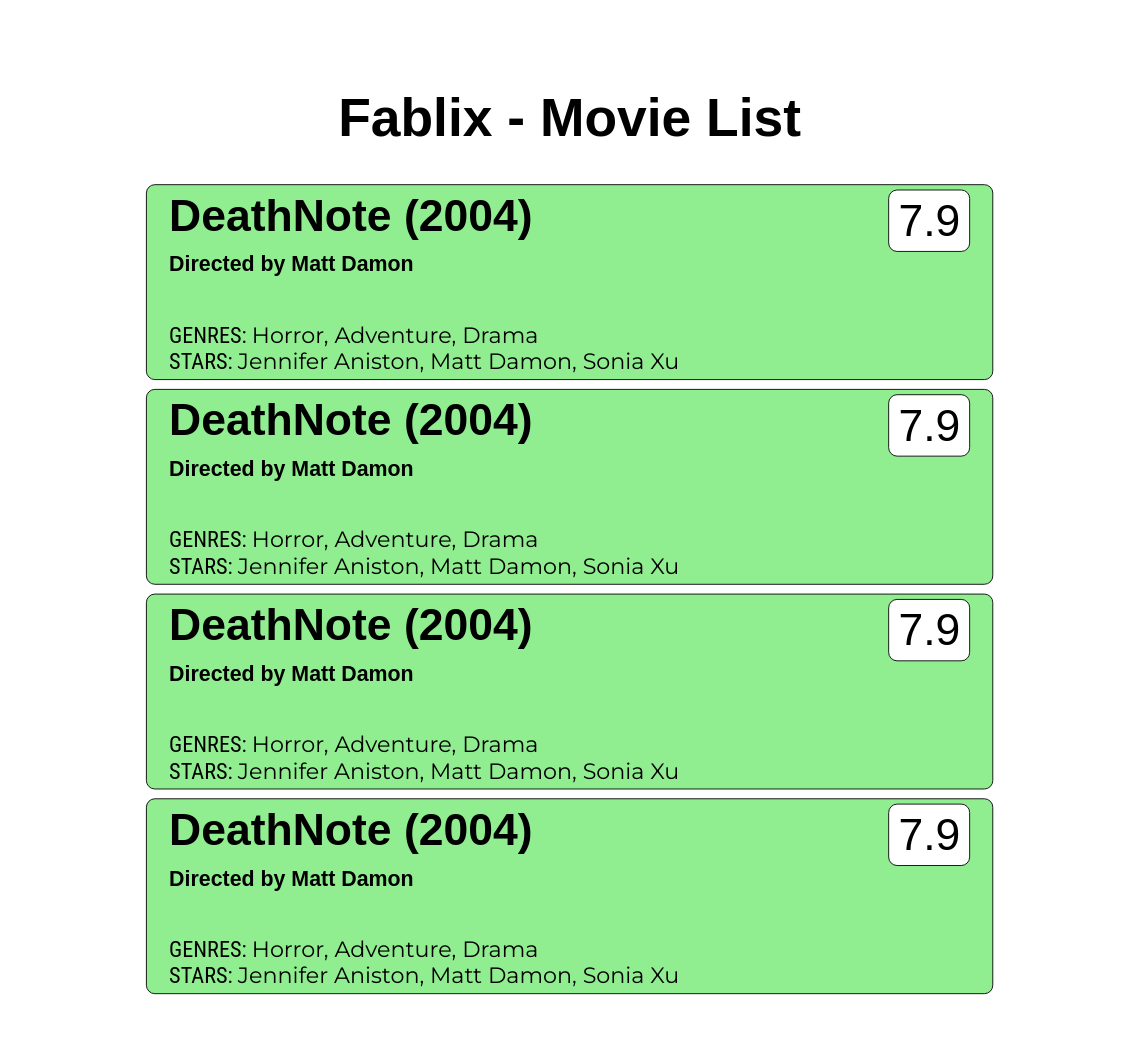
Repository: csumphan/fablix
Page: Project1/WebContent/index.html
An editor plug-in stored every save of this project. The page is shown before and after the next save, followed by the edit.
The browser window is 1280 px wide. The pictures show the whole page, at 89% of full size.
Some web fonts or font styles are not loaded; a fallback is used.

Above is the page before, as saved 2018-01-23 00:37:49.

### Project1/WebContent/index.html
<!DOCTYPE html>
<html>
<head>
<meta charset="UTF-8">
<title>Insert title here</title>
<link href="https://fonts.googleapis.com/css?family=Libre+Franklin|Montserrat|Play|Roboto+Condensed" rel="stylesheet">
<link type="text/css" href="styles.css" rel="stylesheet"/>
</head>
<body>
	<h1>Fablix - Movie List</h1>
	<div id="movie-list-container">
		<div class="movie-item">
			<div class="header-container">
				<h1>DeathNote <span>(2004)</span></h1>
				<div class="rating">7.9</div>
			</div>
			<div class="sub-header-container">
				<h2>Directed by Matt Damon</h2>
			</div>
			<div class="info-container">
				<div class="genres-container">
					GENRES:
					<span class="info-list">Horror, Adventure, Drama</span>
				</div>
				<div class="stars-container">
					STARS: <span class="info-list">Jennifer Aniston, Matt Damon, Sonia Xu</span>
				</div>
			</div>
		</div>
		<div class="movie-item">
			<div class="header-container">
				<h1>DeathNote <span>(2004)</span></h1>
				<div class="rating">7.9</div>
			</div>
			<div class="sub-header-container">
				<h2>Directed by Matt Damon</h2>
			</div>
			<div class="info-container">
				<div class="genres-container">
					GENRES:
					<span class="info-list">Horror, Adventure, Drama</span>
				</div>
				<div class="stars-container">
					STARS: <span class="info-list">Jennifer Aniston, Matt Damon, Sonia Xu</span>
				</div>
			</div>
		</div>
		<div class="movie-item">
			<div class="header-container">
				<h1>DeathNote <span>(2004)</span></h1>
				<div class="rating">7.9</div>
			</div>
			<div class="sub-header-container">
				<h2>Directed by Matt Damon</h2>
			</div>
			<div class="info-container">
				<div class="genres-container">
					GENRES:
					<span class="info-list">Horror, Adventure, Drama</span>
				</div>
				<div class="stars-container">
					STARS: <span class="info-list">Jennifer Aniston, Matt Damon, Sonia Xu</span>
				</div>
			</div>
		</div>
		<div class="movie-item">
			<div class="header-container">
				<h1>DeathNote <span>(2004)</span></h1>
				<div class="rating">7.9</div>
			</div>
			<div class="sub-header-container">
				<h2>Directed by Matt Damon</h2>
			</div>
			<div class="info-container">
				<div class="genres-container">
					GENRES:
					<span class="info-list">Horror, Adventure, Drama</span>
				</div>
				<div class="stars-container">
					STARS: <span class="info-list">Jennifer Aniston, Matt Damon, Sonia Xu</span>
				</div>
			</div>
		</div>
	</div>
</body>
</html>

### Project1/WebContent/styles.css
body {
	padding: 50px;
	display: flex;
	justify-content: center;
	align-items: center;
	flex-direction: column;
	background-color: white;
}

body > h1 {
	font-size: 60px;
	font-family: 'Libre Franklin', sans-serif;
}
#movie-list-container {
	width: 1000px;
	display: flex;
	justify-content: center;
	align-items: center;
	flex-direction: column;
}

.movie-item {
	width: 900px;
	border-radius: 10px;
	border: 1px solid black;
	background-color: lightgreen;
	margin-bottom: 10px;
	padding: 5px 25px;
}

.header-container {
	display: flex;
	justify-content: space-between;
}

.header-container > h1 {
	font-family: 'Play', sans-serif;
	margin: 0px;
	font-size: 50px;
}

.sub-header-container > h2 {
	font-family: 'Libre Franklin', sans-serif;
	margin: 0px;
}

.info-container {
	font-family: 'Roboto Condensed', sans-serif;
	font-size: 25px;
	margin-top: 50px;
	display: flex;
	flex-direction: column;
}

.rating {
	font-size: 50px;
	border: 1px solid black;
	padding: 5px 10px;
	border-radius: 10px;
	background-color: white;
	font-family: 'Libre Franklin', sans-serif;
}

.genres-container {
	width: 100%;
}

.info-list {
	font-family: 'Montserrat', sans-serif;
	font-size: 25px;
}


.stars-container {
	width: 100%;
}

After the next save:
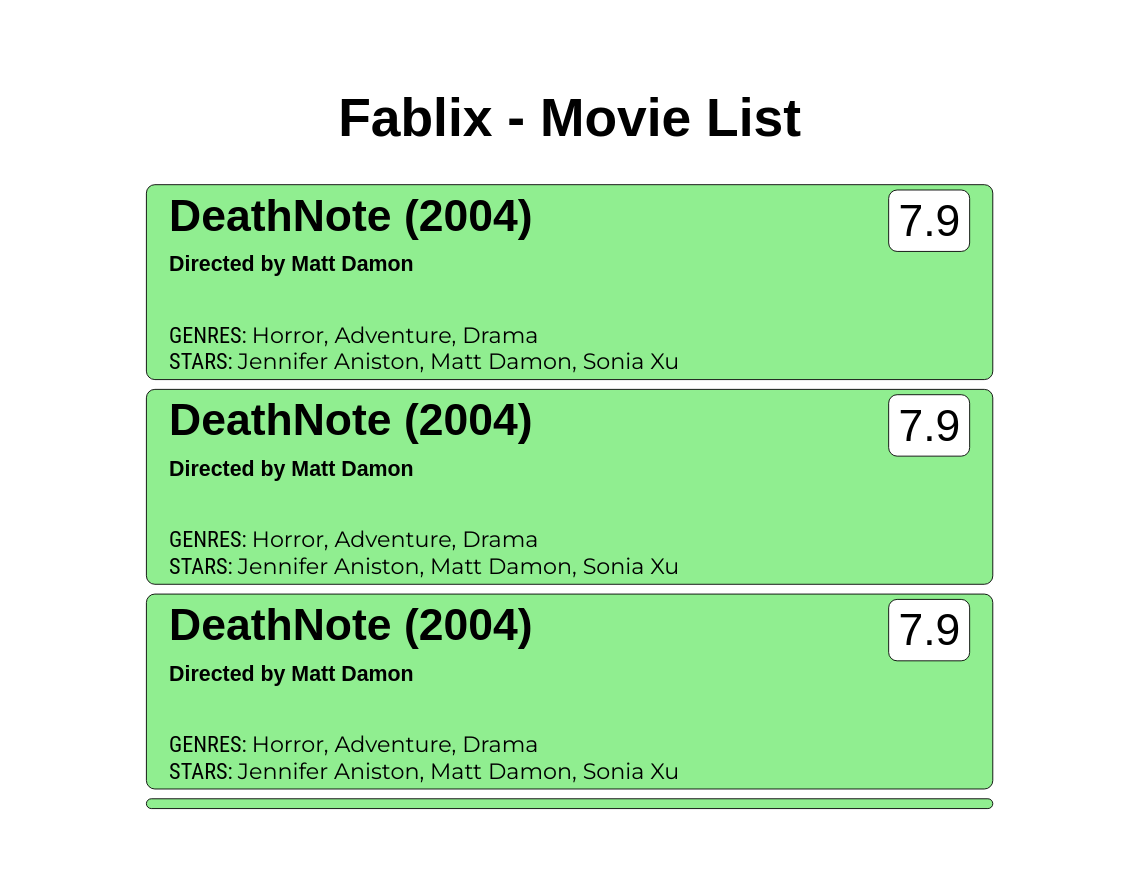
Saved 18 s later.
--- a/Project1/WebContent/index.html
+++ b/Project1/WebContent/index.html
@@ -63,24 +63,8 @@
 				</div>
 			</div>
 		</div>
-		<div class="movie-item">
-			<div class="header-container">
-				<h1>DeathNote <span>(2004)</span></h1>
-				<div class="rating">7.9</div>
-			</div>
-			<div class="sub-header-container">
-				<h2>Directed by Matt Damon</h2>
-			</div>
-			<div class="info-container">
-				<div class="genres-container">
-					GENRES:
-					<span class="info-list">Horror, Adventure, Drama</span>
-				</div>
-				<div class="stars-container">
-					STARS: <span class="info-list">Jennifer Aniston, Matt Damon, Sonia Xu</span>
-				</div>
-			</div>
-		</div>
+		<div class="movie-item"></div>
+
 	</div>
 </body>
 </html>
